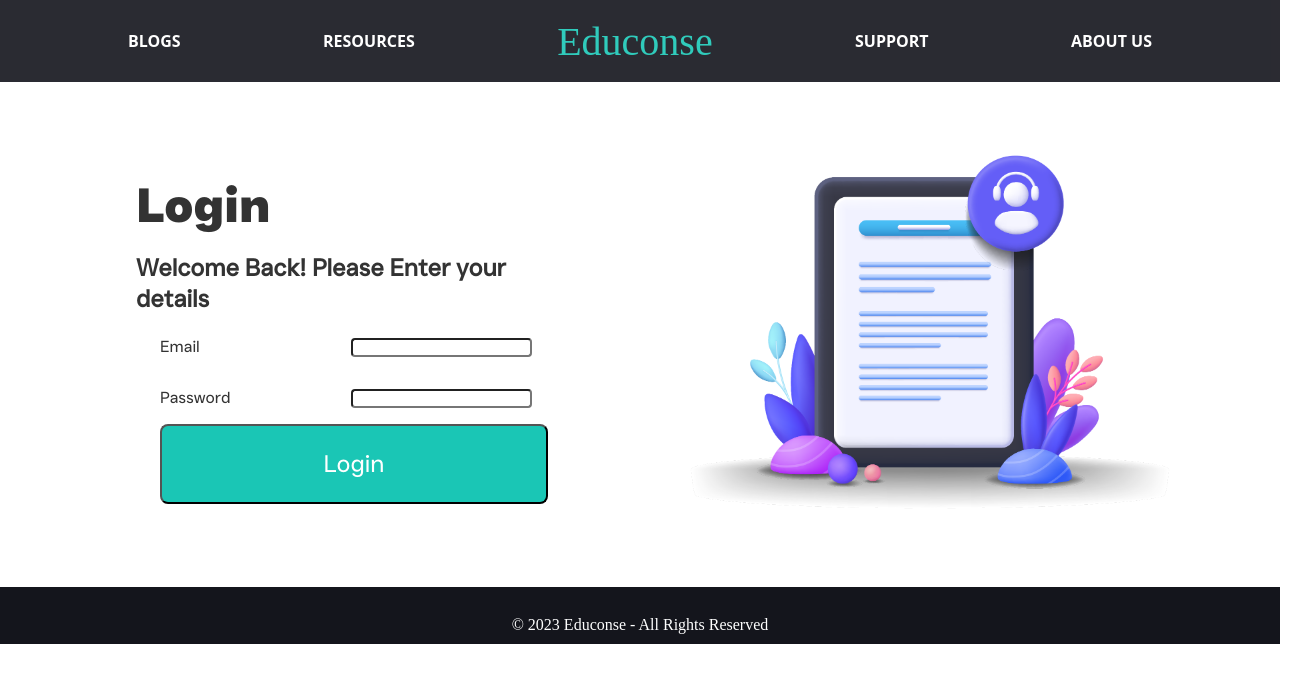
Repository: devajay07/educonse
Page: pages/login.html
An editor plug-in stored every save of this project. The page is shown before and after the next save, followed by the edit.
The browser window is 1280 px wide. The page is 1280 px wide, then 1295 px, so the pictures cover 1295 px, including what lies to the right of the window. The pictures show the whole page.

Above is the page before, as saved 2023-10-15 02:41:39.

After the next save:
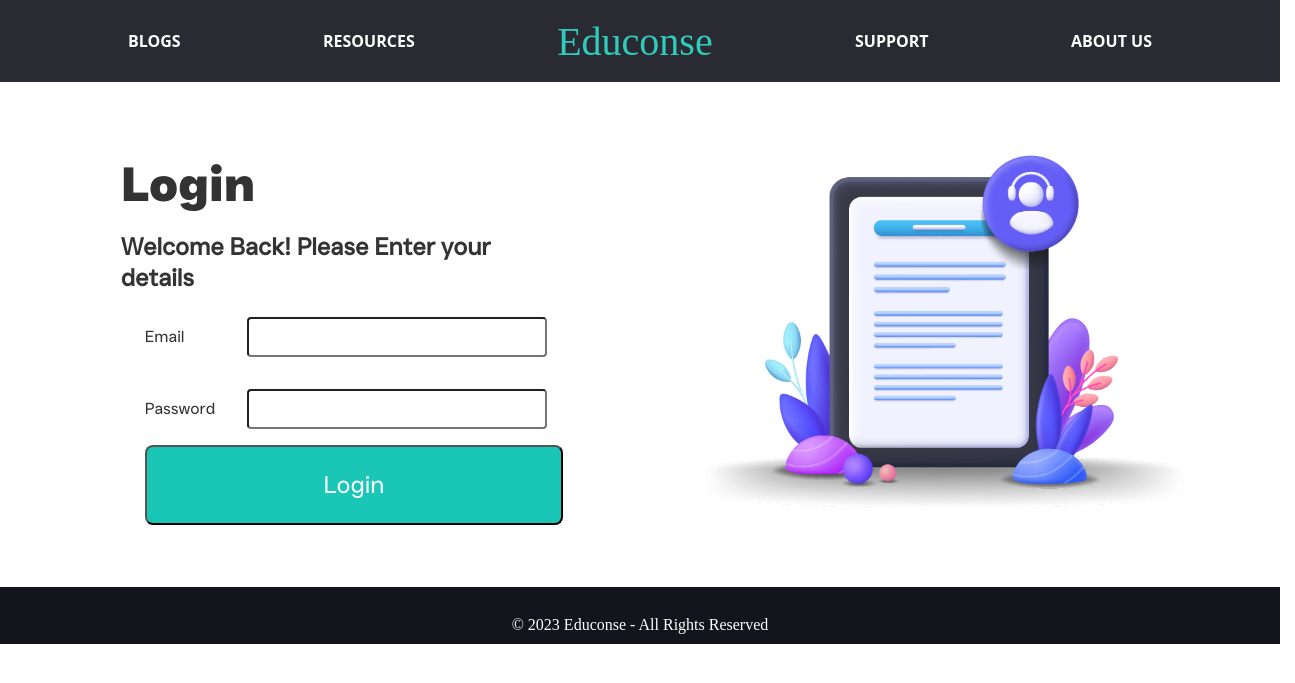
Saved 10 s later.
--- a/css/login.css
+++ b/css/login.css
@@ -33,7 +33,7 @@ label{
 
 input[type=password],input[type=email]{
   float: right;
-  width:
+  width:300px;
   height: 40px;
   border-radius:4px;
   margin: 1rem;
